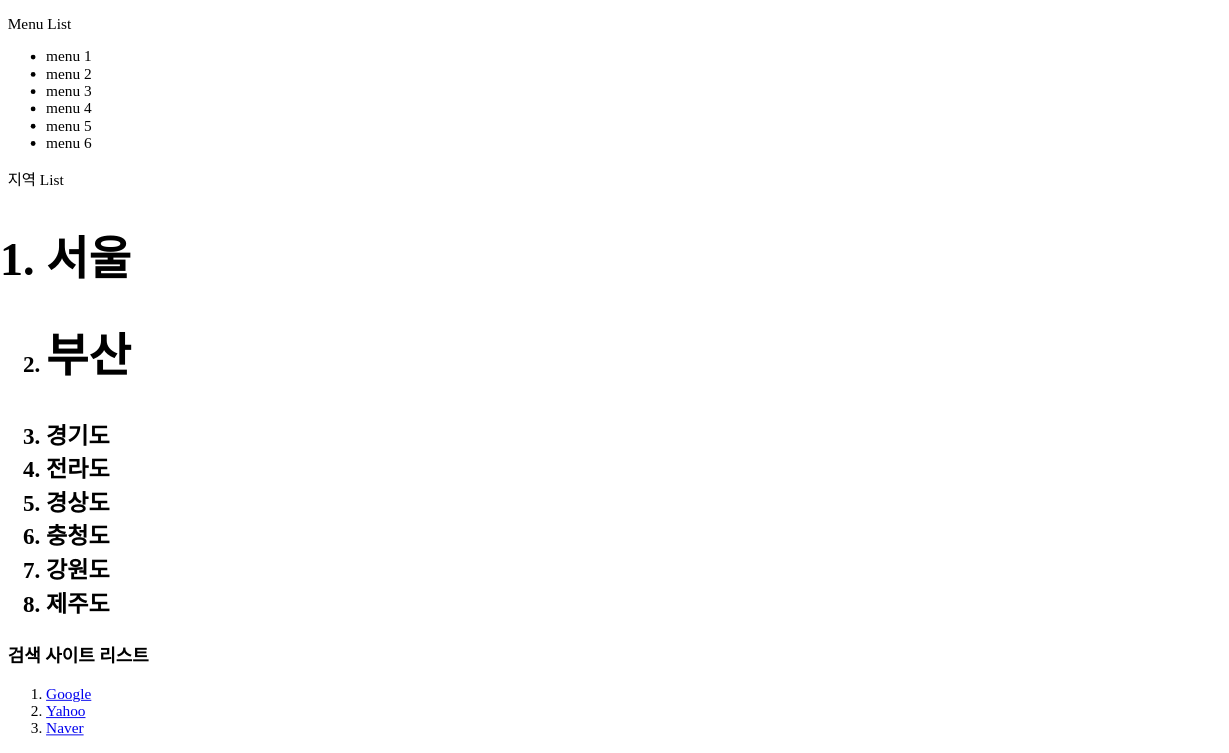
Repository: usonihs/StudyX
Page: JSP/HTML/src/main/webapp/Lec03.html
These files come from the project's save history. The page is drawn as it stood at one moment and after the next save; the edit follows.
The browser window is 1280 px wide. The pictures show the whole page, at 96% of full size.

Above is the page before, as saved 2022-10-19 03:40:48.

### JSP/HTML/src/main/webapp/Lec03.html
<!DOCTYPE html>
<html>
<head>
<meta charset="UTF-8">
<title>List Tag</title>
</head>
<body>
	<p>Menu List</p>
	<ul>
		<li>menu 1</li>
		<li>menu 2</li>
		<li>menu 3</li>
		<li>menu 4</li>
		<li>menu 5</li>
		<li>menu 6</li>
	</ul>

	<p>지역 List</p>
	<h2><ol>
		<h1><li>서울</li></h1>
		<li><h1>부산</h1></li>
		<li>경기도</li>
		<li>전라도</li>
		<li>경상도</li>
		<li>충청도</li>
		<li>강원도</li>
		<li>제주도</li>
	</ol></h2>

	<h3>검색 사이트 리스트</h3>
	<ol>
	<li><a href="http://www.google.com">Google</a></li>
	<li><a href="http://www.yahoo.com">Yahoo</a></li>
	<li><a href="http://www.naver.com">Naver</a></li>
	</ol>

</body>
</html>

After the next save:
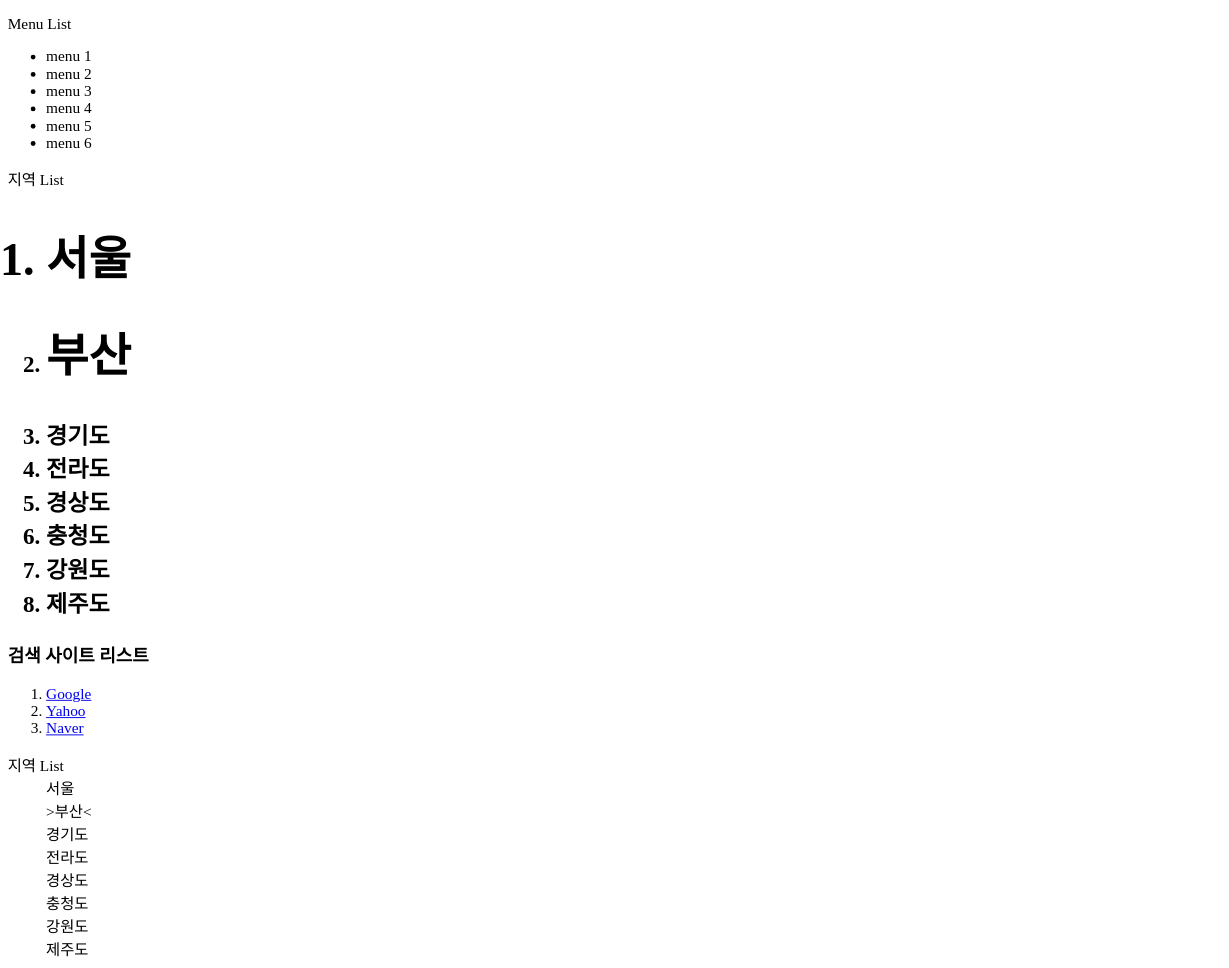
Saved 88 s later.
--- a/JSP/HTML/src/main/webapp/Lec03.html
+++ b/JSP/HTML/src/main/webapp/Lec03.html
@@ -34,5 +34,15 @@
 	<li><a href="http://www.naver.com">Naver</a></li>
 	</ol>
 
+		<dt>지역 List</dt>
+		<dd>서울</dd>
+		<dd>>부산<</dd>
+		<dd>경기도</dd>
+		<dd>전라도</dd>
+		<dd>경상도</dd>
+		<dd>충청도</dd>
+		<dd>강원도</dd>
+		<dd>제주도</dd>
+
 </body>
 </html>
